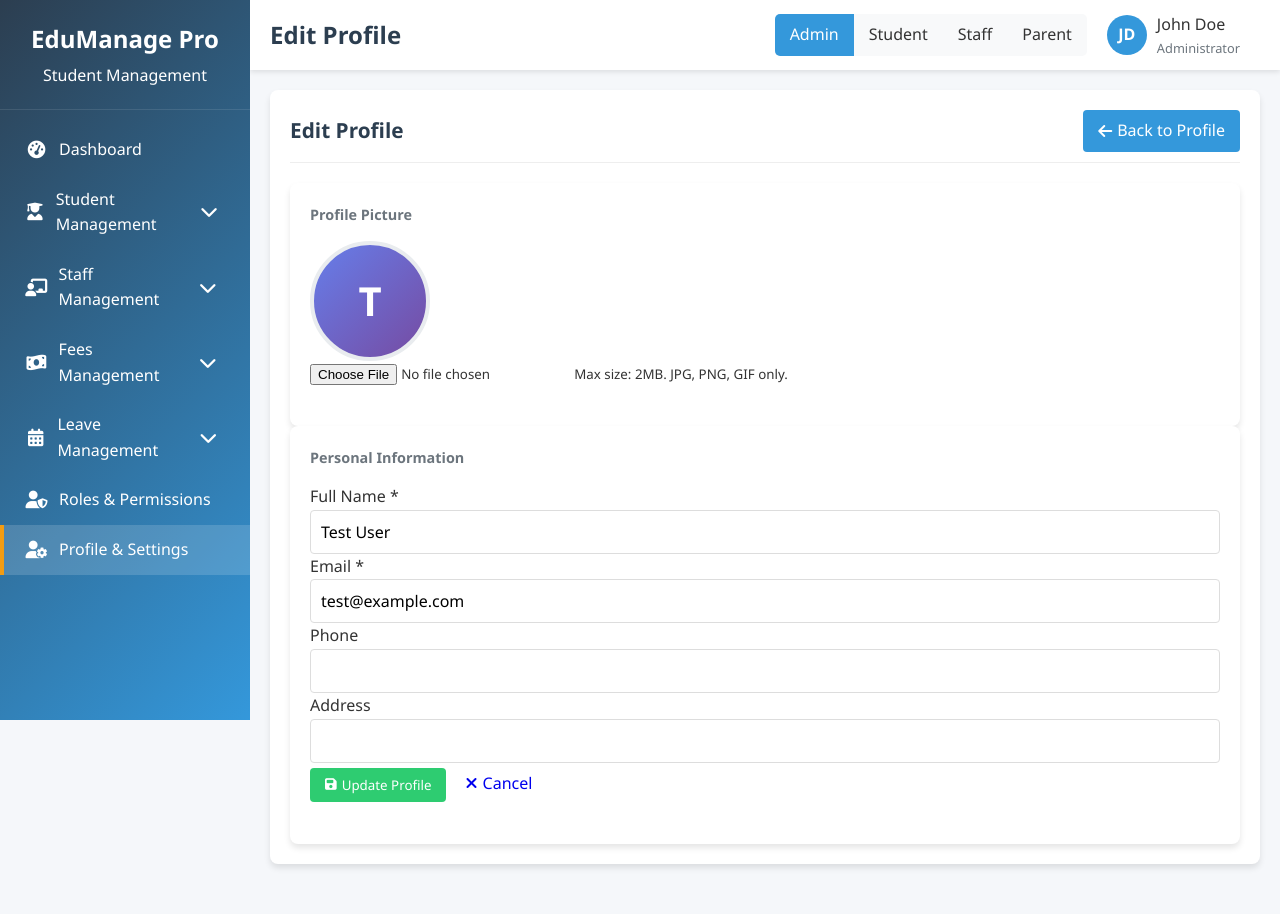
Repository: ZainJaved869/Student_Managment_System
Page: http://localhost/profile/edit
The author's editor kept a copy of each file at every save. The page is drawn from the files as they stood at one save, then again after the next save.
The browser window is 1280 px wide. The pictures show the whole page.
The page is served by the project's Laravel application, run on PHP 8.4 with Laravel 12. A made-up administrator, Test User (test@example.com), is signed in.

Above is the page before, as saved 2025-11-29 17:24:16.

After the next save:
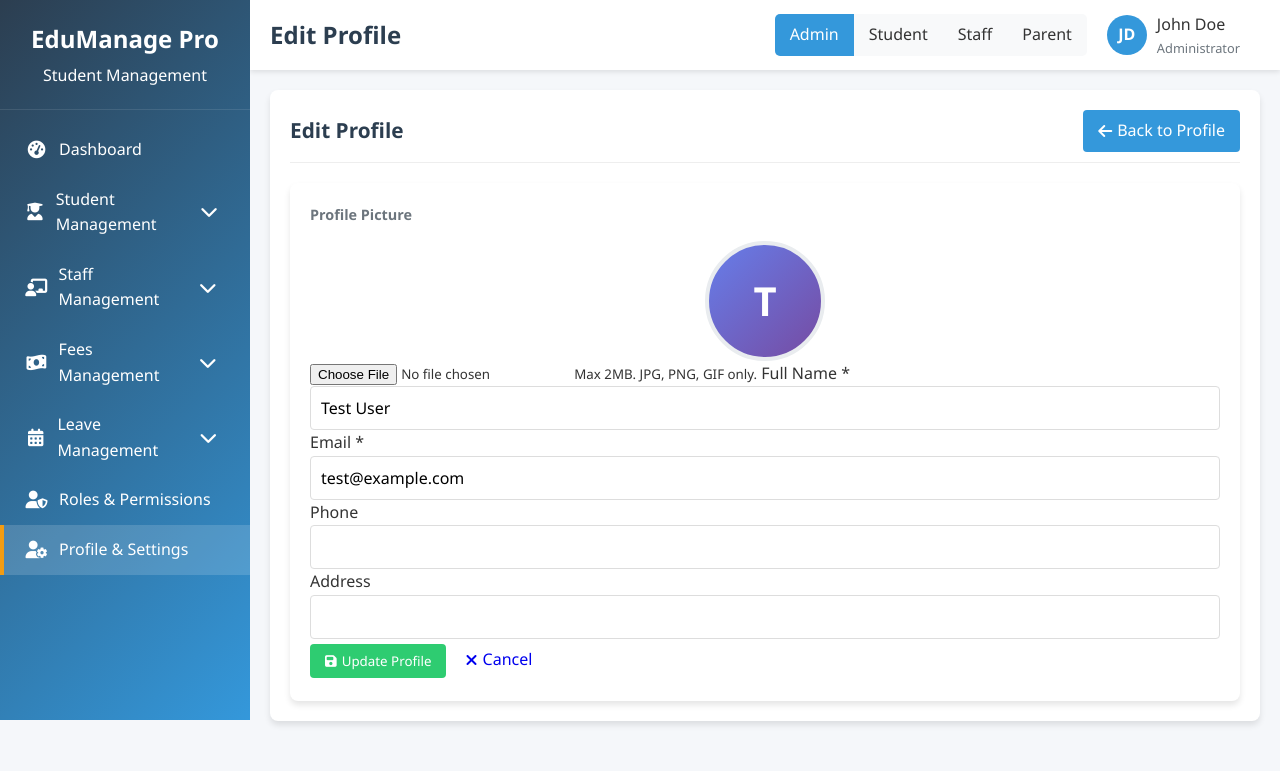
Saved 25 s later.
--- a/resources/views/profile/edit.blade.php
+++ b/resources/views/profile/edit.blade.php
@@ -12,17 +12,14 @@
     </div>
 
     <div class="row">
-        <!-- Profile Picture -->
         <div class="col-md-4">
             <div class="card">
-                <div class="card-header">
-                    <h4 class="card-title">Profile Picture</h4>
-                </div>
+                <div class="card-header"><h4 class="card-title">Profile Picture</h4></div>
                 <div class="card-body text-center">
                     <div class="profile-picture mb-3">
                         @if($user->profile_picture)
                             <img src="{{ asset('storage/profile-pictures/' . $user->profile_picture) }}"
-                                 alt="Profile Picture" class="profile-img" id="profileImagePreview">
+                                 class="profile-img" id="profileImagePreview">
                         @else
                             <div class="profile-placeholder" id="profileImagePreview">
                                 {{ substr($user->name, 0, 1) }}
@@ -32,54 +29,23 @@
                     <form action="{{ route('profile.update') }}" method="POST" enctype="multipart/form-data">
                         @csrf
                         @method('PUT')
-                        <div class="form-group">
-                            <input type="file" name="profile_picture" id="profile_picture"
-                                   class="form-control-file" accept="image/*" onchange="previewImage(this)">
-                            <small class="form-text text-muted">
-                                Max size: 2MB. JPG, PNG, GIF only.
-                            </small>
-                        </div>
-                </div>
-            </div>
-        </div>
+                        <input type="file" name="profile_picture" class="form-control-file" accept="image/*" onchange="previewImage(this)">
+                        <small class="form-text text-muted">Max 2MB. JPG, PNG, GIF only.</small>
 
-        <!-- Personal Info -->
-        <div class="col-md-8">
-            <div class="card">
-                <div class="card-header">
-                    <h4 class="card-title">Personal Information</h4>
-                </div>
-                <div class="card-body">
-                    <div class="row">
-                        <div class="col-md-6">
-                            <label>Full Name *</label>
-                            <input type="text" name="name" class="form-control"
-                                   value="{{ old('name', $user->name) }}" required>
-                        </div>
-                        <div class="col-md-6">
-                            <label>Email *</label>
-                            <input type="email" name="email" class="form-control"
-                                   value="{{ old('email', $user->email) }}" required>
-                        </div>
-                    </div>
+                        <label class="mt-3">Full Name *</label>
+                        <input type="text" name="name" class="form-control" value="{{ old('name', $user->name) }}" required>
 
-                    <div class="row mt-2">
-                        <div class="col-md-6">
-                            <label>Phone</label>
-                            <input type="text" name="phone" class="form-control"
-                                   value="{{ old('phone', $user->phone) }}">
-                        </div>
-                        <div class="col-md-6">
-                            <label>Address</label>
-                            <input type="text" name="address" class="form-control"
-                                   value="{{ old('address', $user->address) }}">
-                        </div>
-                    </div>
+                        <label>Email *</label>
+                        <input type="email" name="email" class="form-control" value="{{ old('email', $user->email) }}" required>
 
-                    <div class="form-group mt-3">
-                        <button type="submit" class="btn btn-success"><i class="fas fa-save"></i> Update Profile</button>
-                        <a href="{{ route('profile.show') }}" class="btn btn-secondary"><i class="fas fa-times"></i> Cancel</a>
-                    </div>
+                        <label>Phone</label>
+                        <input type="text" name="phone" class="form-control" value="{{ old('phone', $user->phone) }}">
+
+                        <label>Address</label>
+                        <input type="text" name="address" class="form-control" value="{{ old('address', $user->address) }}">
+
+                        <button type="submit" class="btn btn-success mt-3"><i class="fas fa-save"></i> Update Profile</button>
+                        <a href="{{ route('profile.show') }}" class="btn btn-secondary mt-3"><i class="fas fa-times"></i> Cancel</a>
                     </form>
                 </div>
             </div>
@@ -106,12 +72,7 @@
 </script>
 
 <style>
-.profile-img {
-    width: 120px; height: 120px; border-radius: 50%; object-fit: cover; border: 4px solid #e9ecef;
-}
-.profile-placeholder {
-    width: 120px; height: 120px; border-radius: 50%; display:flex; align-items:center; justify-content:center;
-    font-size:2.5rem; font-weight:bold; border:4px solid #e9ecef; background: linear-gradient(135deg, #667eea 0%, #764ba2 100%); color:white;
-}
+.profile-img { width:120px; height:120px; border-radius:50%; object-fit:cover; border:4px solid #e9ecef; }
+.profile-placeholder { width:120px; height:120px; border-radius:50%; display:flex; align-items:center; justify-content:center; font-size:2.5rem; font-weight:bold; border:4px solid #e9ecef; background: linear-gradient(135deg, #667eea 0%, #764ba2 100%); color:white; margin:0 auto; }
 </style>
 @endsection
